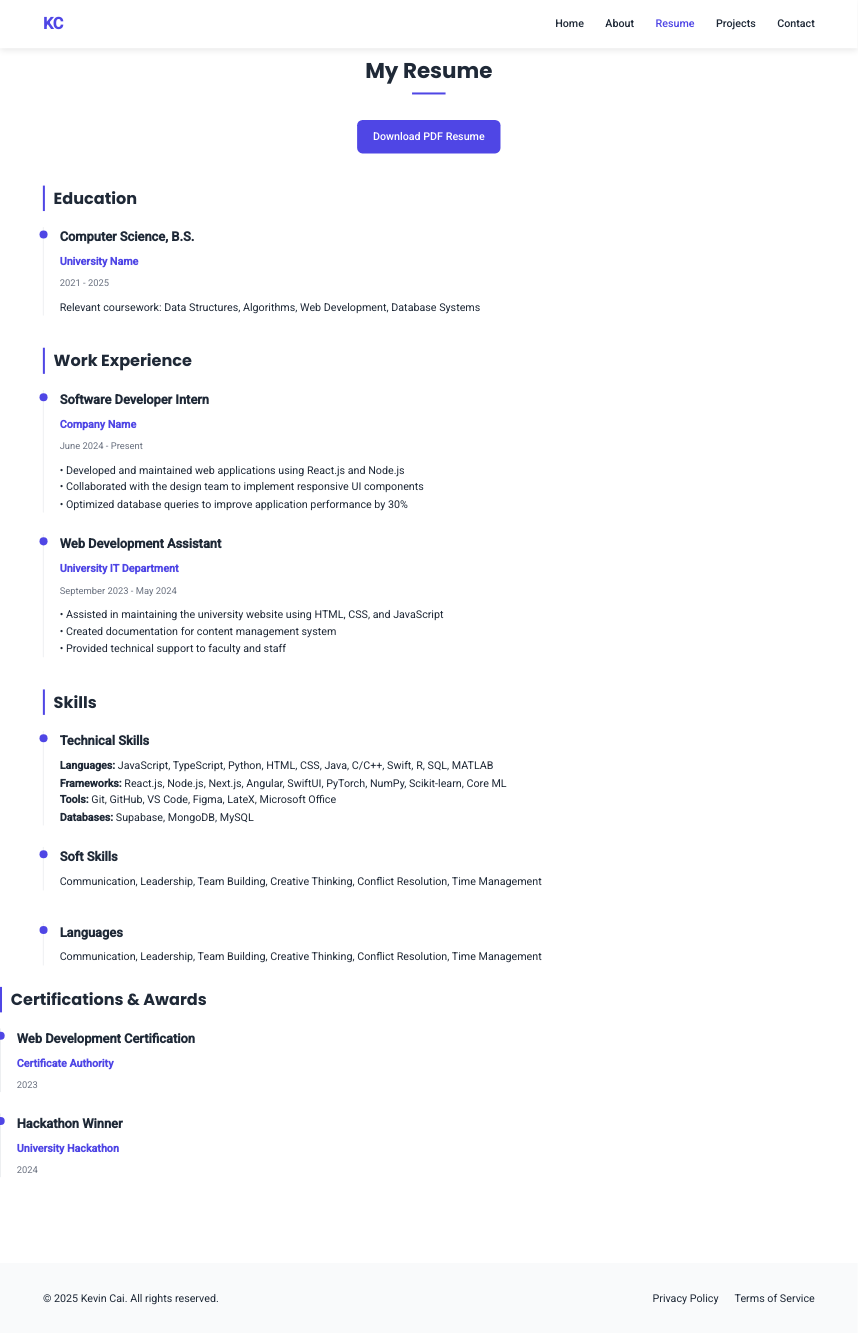
Repository: itskevbo/E-Portfolio
Page: pages/resume.html
An editor plug-in stored every save of this project. The page is shown before and after the next save, followed by the edit.
The browser window is 1280 px wide. The pictures show the whole page, at 67% of full size.

Above is the page before, as saved 2025-04-15 00:05:58.

### pages/resume.html
<!DOCTYPE html>
<html lang="en">
<head>
    <meta charset="UTF-8">
    <meta name="viewport" content="width=device-width, initial-scale=1.0">
    <title>Kevin Cai | Resume</title>
    <meta name="description" content="Professional resume of Kevin Cai">

    <!-- Favicon -->
    <link rel="icon" href="../assets/images/favicon.ico">

    <!-- CSS -->
    <link rel="stylesheet" href="../styles/main.css">

    <!-- Google Fonts -->
    <link rel="preconnect" href="https://fonts.googleapis.com">
    <link rel="preconnect" href="https://fonts.gstatic.com" crossorigin>
    <link href="https://fonts.googleapis.com/css2?family=Poppins:wght@300;400;500;700&family=Roboto:wght@400;500&display=swap" rel="stylesheet">

    <!-- Additional CSS for resume page -->
    <style>
        .resume-section {
            margin-bottom: 3rem;
        }

        .resume-section__title {
            margin-bottom: 1.5rem;
            font-size: var(--h3-font-size);
            position: relative;
            padding-left: 1rem;
        }

        .resume-section__title::before {
            content: '';
            position: absolute;
            width: 3px;
            height: 100%;
            background-color: var(--primary-color);
            left: 0;
            top: 0;
        }

        .resume-item {
            margin-bottom: 2rem;
            padding-left: 1.5rem;
            border-left: 1px solid var(--border-color);
            position: relative;
        }

        .resume-item::before {
            content: '';
            position: absolute;
            width: 12px;
            height: 12px;
            border-radius: 50%;
            background-color: var(--primary-color);
            left: -6px;
            top: 5px;
        }

        .resume-item__title {
            font-size: 1.2rem;
            margin-bottom: 0.5rem;
        }

        .resume-item__subtitle {
            color: var(--primary-color);
            font-size: var(--normal-font-size);
            margin-bottom: 0.5rem;
        }

        .resume-item__date {
            font-size: var(--small-font-size);
            color: var(--text-color-light);
            margin-bottom: 0.75rem;
        }

        .resume-item__description {
            font-size: var(--normal-font-size);
        }

        .download-resume {
            text-align: center;
            margin: 3rem 0;
        }
    </style>
</head>
<body>
    <!-- Header Component -->
    <header class="header" id="header">
        <div class="container">
            <div class="header__logo">
                <a href="../index.html" class="logo">KC</a>
            </div>

            <nav class="header__nav" id="nav-menu">
                <ul class="header__nav-list">
                    <li class="header__nav-item"><a href="../index.html" class="header__nav-link">Home</a></li>
                    <li class="header__nav-item"><a href="about.html" class="header__nav-link">About</a></li>
                    <li class="header__nav-item"><a href="resume.html" class="header__nav-link active">Resume</a></li>
                    <li class="header__nav-item"><a href="projects.html" class="header__nav-link">Projects</a></li>
                    <li class="header__nav-item"><a href="contact.html" class="header__nav-link">Contact</a></li>
                </ul>

                <div class="header__nav-toggle" id="nav-toggle">
                    <span></span>
                    <span></span>
                    <span></span>
                </div>
            </nav>
        </div>
    </header>

    <main>
        <section class="section">
            <div class="container">
                <h2 class="section__title">My Resume</h2>

                <div class="download-resume">
                    <a href="../assets/documents/Kevin Cai - Resume 2025-26 Software Engineering.pdf" class="btn btn-primary" target="_blank">Download PDF Resume</a>
                </div>

                <!-- Education Section -->
                <div class="resume-section">
                    <h3 class="resume-section__title">Education</h3>

                    <div class="resume-item">
                        <h4 class="resume-item__title">Computer Science, B.S.</h4>
                        <h5 class="resume-item__subtitle">University Name</h5>
                        <p class="resume-item__date">2021 - 2025</p>
                        <p class="resume-item__description">
                            Relevant coursework: Data Structures, Algorithms, Web Development, Database Systems
                        </p>
                    </div>
                </div>

                <!-- Experience Section -->
                <div class="resume-section">
                    <h3 class="resume-section__title">Work Experience</h3>

                    <div class="resume-item">
                        <h4 class="resume-item__title">Software Developer Intern</h4>
                        <h5 class="resume-item__subtitle">Company Name</h5>
                        <p class="resume-item__date">June 2024 - Present</p>
                        <p class="resume-item__description">
                            • Developed and maintained web applications using React.js and Node.js<br>
                            • Collaborated with the design team to implement responsive UI components<br>
                            • Optimized database queries to improve application performance by 30%
                        </p>
                    </div>

                    <div class="resume-item">
                        <h4 class="resume-item__title">Web Development Assistant</h4>
                        <h5 class="resume-item__subtitle">University IT Department</h5>
                        <p class="resume-item__date">September 2023 - May 2024</p>
                        <p class="resume-item__description">
                            • Assisted in maintaining the university website using HTML, CSS, and JavaScript<br>
                            • Created documentation for content management system<br>
                            • Provided technical support to faculty and staff
                        </p>
                    </div>
                </div>

                <!-- Skills Section (Summary) -->
                <div class="resume-section">
                    <h3 class="resume-section__title">Skills</h3>

                    <div class="resume-item">
                        <h4 class="resume-item__title">Technical Skills</h4>
                        <p class="resume-item__description">
                            <strong>Languages:</strong> JavaScript, TypeScript, Python, HTML, CSS, Java, C/C++, Swift, R, SQL, MATLAB<br>
                            <strong>Frameworks:</strong> React.js, Node.js, Next.js, Angular, SwiftUI, PyTorch, NumPy, Scikit-learn, Core ML<br>
                            <strong>Tools:</strong> Git, GitHub, VS Code, Figma, LateX, Microsoft Office<br>
                            <strong>Databases:</strong> Supabase, MongoDB, MySQL
                        </p>
                    </div>

                    <div class="resume-item">
                        <h4 class="resume-item__title">Soft Skills</h4>
                        <p class="resume-item__description">
                            Communication, Leadership, Team Building, Creative Thinking, Conflict Resolution, Time Management
                        </p>
                    </div>
                </div>

                    <div class="resume-item">
                        <h4 class="resume-item__title">Languages</h4>
                        <p class="resume-item__description">
                            Communication, Leadership, Team Building, Creative Thinking, Conflict Resolution, Time Management
                        </p>
                    </div>
                </div>

                <!-- Certifications and Awards -->
                <div class="resume-section">
                    <h3 class="resume-section__title">Certifications & Awards</h3>

                    <div class="resume-item">
                        <h4 class="resume-item__title">Web Development Certification</h4>
                        <h5 class="resume-item__subtitle">Certificate Authority</h5>
                        <p class="resume-item__date">2023</p>
                    </div>

                    <div class="resume-item">
                        <h4 class="resume-item__title">Hackathon Winner</h4>
                        <h5 class="resume-item__subtitle">University Hackathon</h5>
                        <p class="resume-item__date">2024</p>
                    </div>
                </div>
            </div>
        </section>
    </main>

    <!-- Footer Component -->
    <footer class="footer">
        <div class="container">
            <div class="footer__content">
                <p>&copy; 2025 Kevin Cai. All rights reserved.</p>
                <div class="footer__links">
                    <a href="#" class="footer__link">Privacy Policy</a>
                    <a href="#" class="footer__link">Terms of Service</a>
                </div>
            </div>
        </div>
    </footer>

    <!-- JS -->
    <script src="../scripts/main.js"></script>
</body>
</html>

### styles/main.css
/*=============== VARIABLES ===============*/
:root {
    /* Colors */
    --primary-color: #4f46e5;
    --primary-color-alt: #4338ca;
    --secondary-color: #3b82f6;
    --accent-color: #8b5cf6;
    --text-color: #1f2937;
    --text-color-light: #6b7280;
    --body-color: #ffffff;
    --container-color: #f9fafb;
    --border-color: #e5e7eb;
    --success-color: #10b981;
    --error-color: #ef4444;

    /* Typography */
    --body-font: 'Roboto', sans-serif;
    --heading-font: 'Poppins', sans-serif;
    --h1-font-size: 2.5rem;
    --h2-font-size: 2rem;
    --h3-font-size: 1.5rem;
    --normal-font-size: 1rem;
    --small-font-size: 0.875rem;
    --smaller-font-size: 0.75rem;

    /* Font weights */
    --font-light: 300;
    --font-regular: 400;
    --font-medium: 500;
    --font-bold: 700;

    /* Z-index */
    --z-tooltip: 10;
    --z-fixed: 100;

    /* Transitions */
    --transition: all 0.3s ease;
}

/*=============== BASE ===============*/
* {
    margin: 0;
    padding: 0;
    box-sizing: border-box;
}

html {
    scroll-behavior: smooth;
}

body {
    font-family: var(--body-font);
    font-size: var(--normal-font-size);
    color: var(--text-color);
    background-color: var(--body-color);
    line-height: 1.6;
}

h1, h2, h3 {
    font-family: var(--heading-font);
    font-weight: var(--font-bold);
    color: var(--text-color);
}

ul {
    list-style: none;
}

a {
    text-decoration: none;
    color: var(--text-color);
    transition: var(--transition);
}

a:hover {
    color: var(--primary-color);
}

img {
    max-width: 100%;
    height: auto;
}

button,
input,
textarea {
    font-family: var(--body-font);
    font-size: var(--normal-font-size);
    outline: none;
    border: none;
}

button {
    cursor: pointer;
    background: none;
}

/*=============== REUSABLE CLASSES ===============*/
.container {
    max-width: 1200px;
    margin: 0 auto;
    padding: 0 1.5rem;
}

.section {
    padding: 5rem 0;
}

.section__title {
    font-size: var(--h2-font-size);
    text-align: center;
    margin-bottom: 3rem;
    position: relative;
}

.section__title::after {
    content: '';
    position: absolute;
    width: 50px;
    height: 3px;
    background-color: var(--primary-color);
    bottom: -10px;
    left: 50%;
    transform: translateX(-50%);
}

.highlight {
    color: var(--primary-color);
}

.grid {
    display: grid;
    gap: 1.5rem;
}

/*=============== BUTTONS ===============*/
.btn {
    display: inline-flex;
    align-items: center;
    justify-content: center;
    padding: 0.75rem 1.5rem;
    border-radius: 0.5rem;
    font-weight: var(--font-medium);
    transition: var(--transition);
}

.btn-primary {
    background-color: var(--primary-color);
    color: white;
}

.btn-primary:hover {
    background-color: var(--primary-color-alt);
    color: white;
}

.btn-outline {
    border: 2px solid var(--primary-color);
    color: var(--primary-color);
}

.btn-outline:hover {
    background-color: var(--primary-color);
    color: white;
}

/*=============== HEADER & NAV ===============*/
.header {
    position: fixed;
    top: 0;
    left: 0;
    width: 100%;
    background-color: var(--body-color);
    box-shadow: 0 2px 10px rgba(0, 0, 0, 0.1);
    z-index: var(--z-fixed);
}

.header .container {
    display: flex;
    align-items: center;
    justify-content: space-between;
    height: 4.5rem;
}

.header__logo .logo {
    font-size: 1.5rem;
    font-weight: var(--font-bold);
    color: var(--primary-color);
}

.header__nav {
    display: flex;
    align-items: center;
}

.header__nav-list {
    display: flex;
    gap: 2rem;
}

.header__nav-link {
    font-weight: var(--font-medium);
}

.header__nav-link.active {
    color: var(--primary-color);
}

.header__nav-toggle {
    display: none;
    flex-direction: column;
    gap: 5px;
    cursor: pointer;
}

.header__nav-toggle span {
    width: 25px;
    height: 2px;
    background-color: var(--text-color);
    transition: var(--transition);
}

/*=============== HERO ===============*/
.hero {
    min-height: 100vh;
    display: flex;
    align-items: center;
    padding-top: 4.5rem;
}

.hero .container {
    display: grid;
    grid-template-columns: 1fr 1fr;
    align-items: center;
    gap: 2.5rem;
}

.hero__title {
    font-size: var(--h1-font-size);
    margin-bottom: 1rem;
}

.hero__subtitle {
    font-size: var(--h3-font-size);
    color: var(--primary-color);
    margin-bottom: 1.5rem;
}

.hero__description {
    margin-bottom: 2rem;
    max-width: 400px;
}

.hero__actions {
    display: flex;
    gap: 1rem;
}

.hero__image-placeholder {
    background-color: var(--border-color);
    border-radius: 1rem;
    height: 400px;
    width: 100%;
}

/*=============== ABOUT ===============*/
.about__content {
    display: grid;
    grid-template-columns: 1fr 1fr;
    gap: 2.5rem;
    align-items: center;
}

.about__text p {
    margin-bottom: 1.5rem;
}

.about__image-placeholder {
    background-color: var(--border-color);
    border-radius: 1rem;
    height: 400px;
    width: 100%;
}

/*=============== PROJECTS ===============*/
.projects__filter {
    display: flex;
    justify-content: center;
    flex-wrap: wrap;
    gap: 1rem;
    margin-bottom: 2rem;
}

.projects__filter-btn {
    padding: 0.5rem 1.5rem;
    border-radius: 0.5rem;
    color: var(--text-color);
    font-weight: var(--font-medium);
    transition: var(--transition);
}

.projects__filter-btn:hover,
.projects__filter-btn.active {
    background-color: var(--primary-color);
    color: white;
}

.projects__grid {
    display: grid;
    grid-template-columns: repeat(auto-fill, minmax(280px, 1fr));
    gap: 2rem;
}

.project-card {
    background-color: var(--container-color);
    border-radius: 1rem;
    overflow: hidden;
    box-shadow: 0 4px 15px rgba(0, 0, 0, 0.1);
    transition: var(--transition);
}

.project-card:hover {
    transform: translateY(-10px);
    box-shadow: 0 10px 25px rgba(0, 0, 0, 0.2);
}

.project-card__image-placeholder {
    background-color: var(--border-color);
    height: 200px;
    width: 100%;
}

.project-card__content {
    padding: 1.5rem;
}

.project-card__title {
    margin-bottom: 0.75rem;
}

.project-card__description {
    color: var(--text-color-light);
    margin-bottom: 1rem;
}

.project-card__tags {
    display: flex;
    flex-wrap: wrap;
    gap: 0.5rem;
    margin-bottom: 1rem;
}

.tag {
    background-color: rgba(79, 70, 229, 0.1);
    color: var(--primary-color);
    padding: 0.25rem 0.75rem;
    border-radius: 0.5rem;
    font-size: var(--small-font-size);
}

.project-card__links {
    display: flex;
    gap: 1rem;
}

.project-card__link {
    color: var(--text-color-light);
}

.project-card__link:hover {
    color: var(--primary-color);
}

/*=============== SKILLS ===============*/
.skills__content {
    display: grid;
    grid-template-columns: repeat(auto-fit, minmax(300px, 1fr));
    gap: 2rem;
}

.skills__category-title {
    margin-bottom: 1.5rem;
    position: relative;
    display: inline-block;
    padding-left: 1rem;
}

.skills__category-title::before {
    content: '';
    position: absolute;
    width: 3px;
    height: 100%;
    background-color: var(--primary-color);
    left: 0;
    top: 0;
}

.skills__list {
    display: grid;
    gap: 1rem;
}

.skill-item {
    display: grid;
    gap: 0.5rem;
}

.skill-item__name {
    display: flex;
    justify-content: space-between;
}

.skill-item__bar {
    width: 100%;
    height: 8px;
    background-color: var(--border-color);
    border-radius: 1rem;
    overflow: hidden;
}

.skill-item__progress {
    height: 100%;
    background-color: var(--primary-color);
    border-radius: 1rem;
}

/*=============== CONTACT ===============*/
.contact__content {
    display: grid;
    grid-template-columns: 1fr 2fr;
    gap: 2.5rem;
}

.contact__info {
    display: grid;
    gap: 2rem;
}

.contact__info-item {
    display: flex;
    align-items: center;
    gap: 1rem;
}

.contact__social {
    display: flex;
    gap: 1rem;
}

.contact__social-link {
    display: flex;
    align-items: center;
    justify-content: center;
    width: 40px;
    height: 40px;
    border-radius: 50%;
    background-color: var(--container-color);
    color: var(--text-color);
    transition: var(--transition);
}

.contact__social-link:hover {
    background-color: var(--primary-color);
    color: white;
}

.contact__form {
    display: grid;
    gap: 1.5rem;
}

.form-group {
    display: grid;
    gap: 0.5rem;
}

.form-group label {
    font-weight: var(--font-medium);
}

.form-group input,
.form-group textarea {
    width: 100%;
    padding: 0.75rem 1rem;
    border: 1px solid var(--border-color);
    border-radius: 0.5rem;
    background-color: var(--container-color);
    transition: var(--transition);
}

.form-group input:focus,
.form-group textarea:focus {
    border-color: var(--primary-color);
}

.form-group textarea {
    height: 150px;
    resize: none;
}

/*=============== FOOTER ===============*/
.footer {
    background-color: var(--container-color);
    padding: 2.5rem 0;
}

.footer__content {
    display: flex;
    justify-content: space-between;
    align-items: center;
}

.footer__links {
    display: flex;
    gap: 1.5rem;
}

/*=============== MEDIA QUERIES ===============*/
/* For medium devices */
@media screen and (max-width: 968px) {
    :root {
        --h1-font-size: 2.25rem;
        --h2-font-size: 1.75rem;
        --h3-font-size: 1.25rem;
    }

    .hero .container,
    .about__content {
        grid-template-columns: 1fr;
    }

    .hero__image {
        grid-row: 1;
    }

    .contact__content {
        grid-template-columns: 1fr;
    }
}

/* For small devices */
@media screen and (max-width: 768px) {
    .header__nav-list {
        position: fixed;
        top: 4.5rem;
        right: -100%;
        background-color: var(--body-color);
        width: 80%;
        height: 100vh;
        flex-direction: column;
        align-items: center;
        justify-content: center;
        padding: 3rem 0;
        box-shadow: -5px 0 15px rgba(0, 0, 0, 0.1);
        transition: var(--transition);
    }

    .header__nav-list.show-menu {
        right: 0;
    }

    .header__nav-toggle {
        display: flex;
    }

    .header__nav-toggle.active span:nth-child(1) {
        transform: rotate(45deg) translate(5px, 5px);
    }

    .header__nav-toggle.active span:nth-child(2) {
        opacity: 0;
    }

    .header__nav-toggle.active span:nth-child(3) {
        transform: rotate(-45deg) translate(5px, -5px);
    }

    .footer__content {
        flex-direction: column;
        gap: 1rem;
    }
}

/* For smaller devices */
@media screen and (max-width: 350px) {
    :root {
        --h1-font-size: 2rem;
        --h2-font-size: 1.5rem;
        --h3-font-size: 1.25rem;
    }

    .container {
        padding: 0 1rem;
    }

    .hero__actions {
        flex-direction: column;
        width: 100%;
    }

    .hero__actions .btn {
        width: 100%;
        text-align: center;
    }

    .projects__filter {
        flex-direction: column;
        width: 100%;
    }
}

Loaded but not shown: scripts/main.js (180 lines, source omitted)

After the next save:
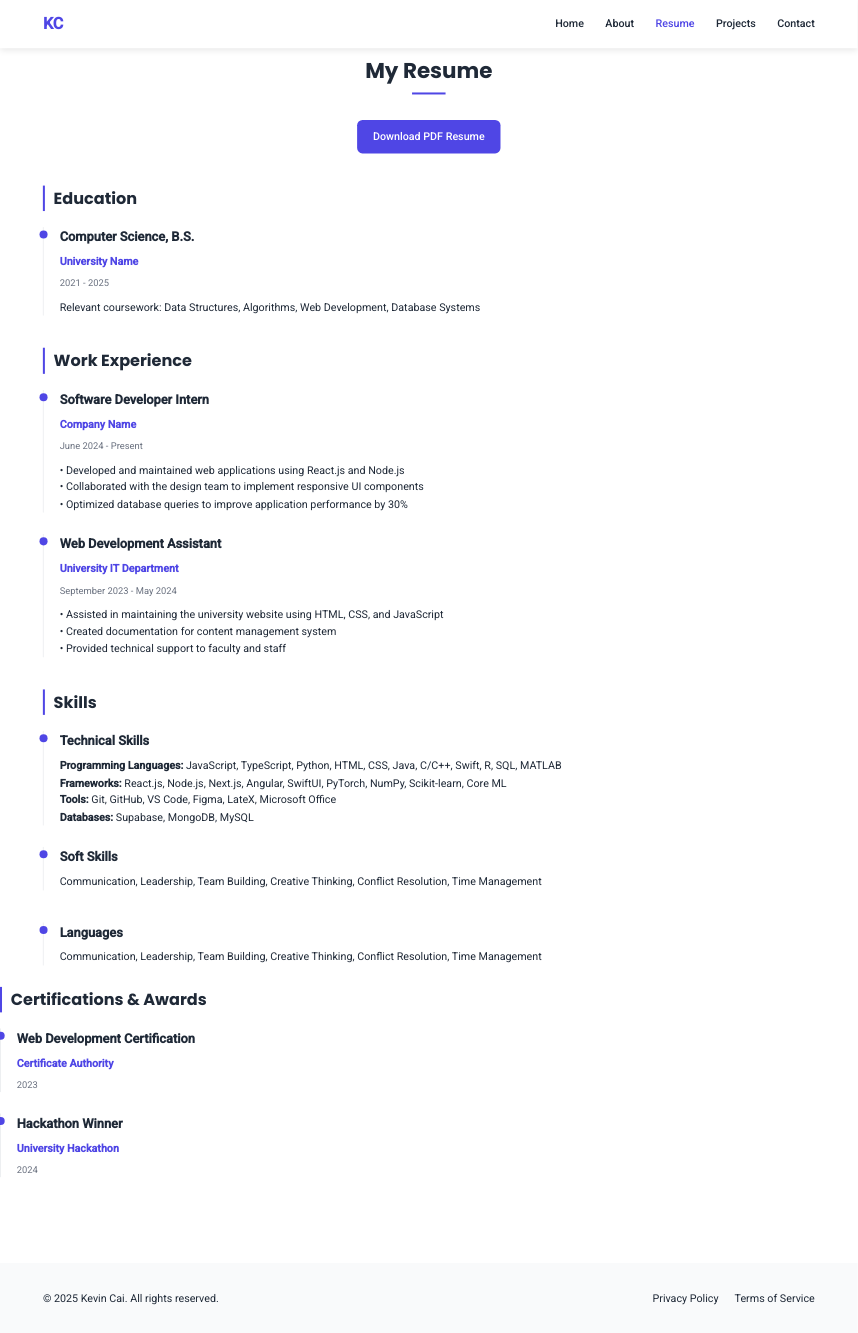
Saved 25 s later.
--- a/pages/resume.html
+++ b/pages/resume.html
@@ -168,7 +168,7 @@
                     <div class="resume-item">
                         <h4 class="resume-item__title">Technical Skills</h4>
                         <p class="resume-item__description">
-                            <strong>Languages:</strong> JavaScript, TypeScript, Python, HTML, CSS, Java, C/C++, Swift, R, SQL, MATLAB<br>
+                            <strong>Programming Languages:</strong> JavaScript, TypeScript, Python, HTML, CSS, Java, C/C++, Swift, R, SQL, MATLAB<br>
                             <strong>Frameworks:</strong> React.js, Node.js, Next.js, Angular, SwiftUI, PyTorch, NumPy, Scikit-learn, Core ML<br>
                             <strong>Tools:</strong> Git, GitHub, VS Code, Figma, LateX, Microsoft Office<br>
                             <strong>Databases:</strong> Supabase, MongoDB, MySQL
